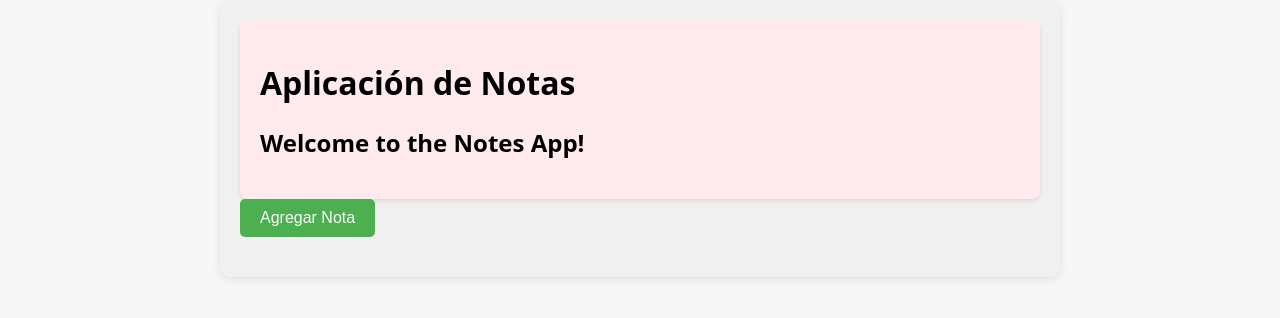
Repository: xunxuno/aplicacion_web_notas
Page: / (app in notas_web_app/)
An editor plug-in stored every save of this project. The page is shown before and after the next save, followed by the edit.
The browser window is 1280 px wide. The pictures show the whole page.
The project was rebuilt for these pictures with package versions that can differ from the ones it lists, and the page was loaded fresh each time. Also part of the build but not shown: notas_web_app/vite.config.ts, notas_web_app/src/components/Note.tsx, notas_web_app/src/components/NoteCollection.tsx, notas_web_app/src/components/NoteModal.tsx.

Above is the page before, as saved 2024-10-02 15:47:17.

### notas_web_app/src/main.tsx
import React from 'react';
import ReactDOM from 'react-dom/client'; // Cambiado a ReactDOM para el nuevo root API
import App from './App';
import { NotesProvider } from './contexts/NotesContext';
import './styles.css';

ReactDOM.createRoot(document.getElementById('root')!).render(
  <React.StrictMode>
    <NotesProvider>
      <App />
    </NotesProvider>
  </React.StrictMode>,
);

### notas_web_app/src/App.tsx
// src/App.tsx
import React, { useState, useContext, useEffect } from 'react';
import { NotesProvider, NotesContext } from './contexts/NotesContext';
import NoteCollection from './components/NoteCollection';
import NoteModal from './components/NoteModal';
import './styles.css';
import AppBar from './components/AppBar';

interface Note {
  id: string;
  title: string;
  content: string;
  collectionId: string;
}

interface NoteCollectionInterface {
  id: string;
  notes: Note[];
}

const App: React.FC = () => {
  const [isModalOpen, setModalOpen] = useState(false);
  const [activeCollectionId, setActiveCollectionId] = useState<string | null>(null);
  const { state, dispatch } = useContext(NotesContext);

  useEffect(() => {
    console.log("Actualización de colecciones:");
    state.collections.forEach((collection: NoteCollectionInterface) => {
      console.log(`Notas en la colección ${collection.id}:`);
      collection.notes.forEach((n: Note) => {
        console.log(`Nota ID: ${n.id}, Título: ${n.title}, Contenido: ${n.content}`);
      });
    });
  }, [state.collections]);

  const handleAddNote = (note: Omit<Note, 'id'>) => {
    const collectionIdToUse = state.nextCollectionId.toString();

    dispatch({
      type: 'ADD_NOTE',
      payload: { collectionId: collectionIdToUse, note },
    });

    setModalOpen(false);
  };



  const handleOpenModal = () => {
    if (state.collections.length === 0) {
      setActiveCollectionId(null);
    } else {
      // Asigna automáticamente el ID de la primera colección disponible
      setActiveCollectionId(state.collections[0].id);
    }
    setModalOpen(true);
  };


  return (
    <NotesProvider>
      <div className="app-container"> {/* Clase para el contenedor principal */}
        <AppBar />

        <button className="add-note-button" onClick={handleOpenModal}>Agregar Nota</button> {/* Clase para el botón */}

        <div className="collections-container"> {/* Clase para el contenedor de colecciones */}
          {state.collections.map((collection: NoteCollectionInterface) => (
            <NoteCollection
              key={collection.id}
              collection={collection}
              onNoteClick={(noteId) => {
                console.log("Nota ID:", noteId);
              }}
              onCollectionClick={() => setActiveCollectionId(collection.id)} // Establece correctamente el ID de la colección activa
              onNoteMove={(noteId, targetCollectionId) => {
                dispatch({ type: 'MOVE_NOTE', payload: { noteId, targetCollectionId } });
              }}
              onDelete={(noteId) => {
                dispatch({ type: 'DELETE_NOTE', payload: { noteId } });
              }}
            />
          ))}
        </div>

        {isModalOpen && (
          <NoteModal
            onClose={() => setModalOpen(false)}
            onAddNote={handleAddNote}
            activeCollectionId={activeCollectionId!}
          />
        )}
      </div>
    </NotesProvider>
  );
};

export default App;

### notas_web_app/src/contexts/NotesContext.tsx
import React, { createContext, useReducer, ReactNode } from 'react';

interface Note {
  id: string;
  title: string;
  content: string;
}


interface NoteCollectionInterface {
  id: string; // ID de la colección, generado de manera secuencial
  notes: Note[]; // Lista de notas en la colección
}

interface NotesState {
  collections: NoteCollectionInterface[];
  nextNoteId: number; // Para los IDs de las notas
  nextCollectionId: number; // Para los IDs de las colecciones
}



interface AddNoteAction {
  type: 'ADD_NOTE';
  payload: {
    collectionId: string;
    note: Note;
  };
}

interface DeleteNoteAction {
  type: 'DELETE_NOTE';
  payload: {
    collectionId: string;
    noteId: string;
  };
}

interface MoveNoteAction {
  type: 'MOVE_NOTE';
  payload: {
    noteId: string;
    targetCollectionId: string;
  };
}
type NotesAction = AddNoteAction | DeleteNoteAction | MoveNoteAction;

const initialState: NotesState = {
  collections: [],
  nextNoteId: 1, // Empieza desde 1 para el ID de notas
  nextCollectionId: 1, // Empieza desde 1 para el ID de colecciones
};



const NotesContext = createContext<any>(null);

// Reducer para manejar las acciones
const notesReducer = (state: NotesState, action: NotesAction): NotesState => {
  switch (action.type) {
    case 'ADD_NOTE':
      const newNoteId = state.nextNoteId; // ID de la nueva nota
      const collectionId = action.payload.collectionId || state.nextCollectionId.toString();

      // Verificar si la colección ya existe
      const collectionExists = state.collections.some(collection => collection.id === collectionId);

      const updatedCollections = collectionExists
        ? state.collections.map(collection => {
            if (collection.id === collectionId) {
              const newNote = {
                ...action.payload.note,
                id: newNoteId.toString(), // Asigna el nuevo ID a la nota
              };
              return {
                ...collection,
                notes: [...collection.notes, newNote],
              };
            }
            return collection;
          })
        : [
            ...state.collections,
            {
              id: state.nextCollectionId.toString(), // Crea una nueva colección con ID secuencial
              notes: [
                {
                  ...action.payload.note,
                  id: newNoteId.toString(), // Asigna el nuevo ID a la nota
                  collectionId: state.nextCollectionId.toString(), // Asigna el ID de colección a la nota
                },
              ],
            },
          ];

      return {
        ...state,
        collections: updatedCollections,
        nextNoteId: state.nextNoteId + 1, // Incrementa el ID de la nota
        nextCollectionId: state.nextCollectionId + 1, // Incrementa el ID de la colección para la próxima
      };
    case 'DELETE_NOTE':
      return {
        ...state,
        collections: state.collections.map(collection => ({
          ...collection,
          notes: collection.notes.filter(note => note.id !== action.payload.noteId),
        })),
      };
    case 'MOVE_NOTE':
      const { noteId, targetCollectionId } = action.payload;
      const sourceCollection = state.collections.find((collection) =>
        collection.notes.some((note) => note.id === noteId)
      );
      if (!sourceCollection) return state;

      const noteToMove = sourceCollection.notes.find((note) => note.id === noteId);
      if (!noteToMove) return state;

      return {
        ...state,
        collections: state.collections.map((collection) => {
          if (collection.id === sourceCollection.id) {
            return {
              ...collection,
              notes: collection.notes.filter((note) => note.id !== noteId),
            };
          } else if (collection.id === targetCollectionId) {
            return {
              ...collection,
              notes: [...collection.notes, noteToMove],
            };
          } else {
            return collection;
          }
        }),
      };
    default:
      return state;
  }
};


// Proveedor del contexto con soporte para 'children'
interface NotesProviderProps {
  children: ReactNode; // Definir el tipo de la prop 'children'
}

const NotesProvider: React.FC<NotesProviderProps> = ({ children }) => {
  const [state, dispatch] = useReducer(notesReducer, initialState);

  return (
    <NotesContext.Provider value={{ state, dispatch }}>
      {children}
    </NotesContext.Provider>
  );
};

export { NotesContext, NotesProvider, notesReducer };

### notas_web_app/src/styles.css
body {
    font-family: 'Noto Sans', sans-serif;
    background-color: #f7f7f7;
    margin: 0;
    padding: 0;
    color: #000;
  }


/* Estilo para el contenedor principal de la aplicación */
.app-container {
  max-width: 800px; /* Ancho máximo */
  margin: 0 auto; /* Centrar el contenedor */
  padding: 20px; /* Espaciado interno */
  background-color: #f0f0f0; /* Color de fondo claro */
  border-radius: 10px; /* Bordes redondeados */
  box-shadow: 0 2px 10px rgba(0, 0, 0, 0.1); /* Sombra sutil */
}

/* Estilo para el botón de agregar nota */
.add-note-button {
  background-color: #4CAF50; /* Color de fondo verde */
  color: white; /* Color del texto */
  padding: 10px 20px; /* Espaciado interno */
  border: none; /* Sin borde */
  border-radius: 5px; /* Bordes redondeados */
  cursor: pointer; /* Cambia el cursor al pasar sobre el botón */
  margin-bottom: 20px; /* Espacio debajo del botón */
  font-size: 16px; /* Tamaño de fuente */
  transition: background-color 0.3s; /* Transición para el color de fondo */
}

/* Efecto hover para el botón de agregar nota */
.add-note-button:hover {
  background-color: #45a049; /* Color de fondo más oscuro al pasar el mouse */
}

/* Estilo para el contenedor de colecciones */
.collections-container {
  display: flex; /* Usar flexbox para una mejor organización */
  flex-direction: column; /* Organizar en columnas */
}

### notas_web_app/src/components/AppBar.tsx
// AppBar.tsx
import React from 'react';

const AppBar: React.FC = () => {
  const appBarStyle = {
    backgroundColor: '#ffebee', // Color pastel
    borderRadius: '8px',
    margin: '0',
    padding: '20px',
    boxShadow: '0 2px 4px rgba(0, 0, 0, 0.1)', // Agregar sombra para mayor profundidad
  };

  return (
    <div style={appBarStyle}>
      <h1>Aplicación de Notas</h1>
      <h2>Welcome to the Notes App!</h2>
    </div>
  );
};

export default AppBar;

Loaded but not shown: notas_web_app/index.html (common file)

After the next save:
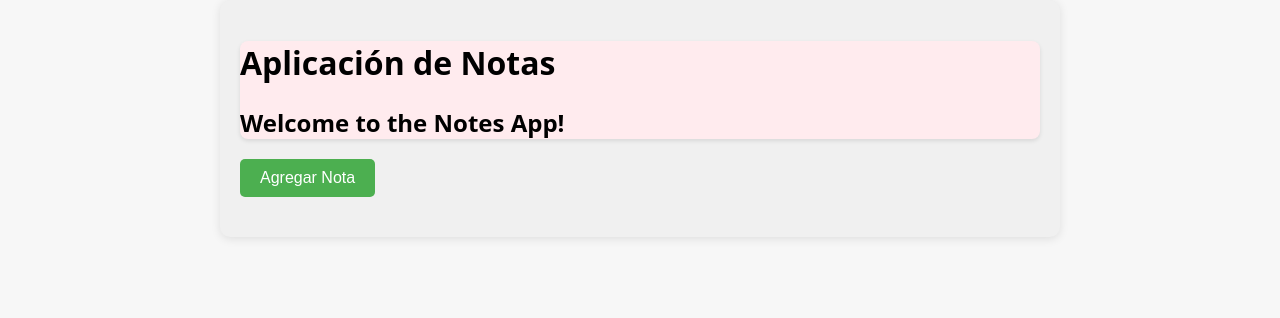
Saved 11 s later.
--- a/notas_web_app/src/components/AppBar.tsx
+++ b/notas_web_app/src/components/AppBar.tsx
@@ -6,7 +6,7 @@
     backgroundColor: '#ffebee', // Color pastel
     borderRadius: '8px',
     margin: '0',
-    padding: '20px',
+    padding: '0',
     boxShadow: '0 2px 4px rgba(0, 0, 0, 0.1)', // Agregar sombra para mayor profundidad
   };
 

After the save that followed:
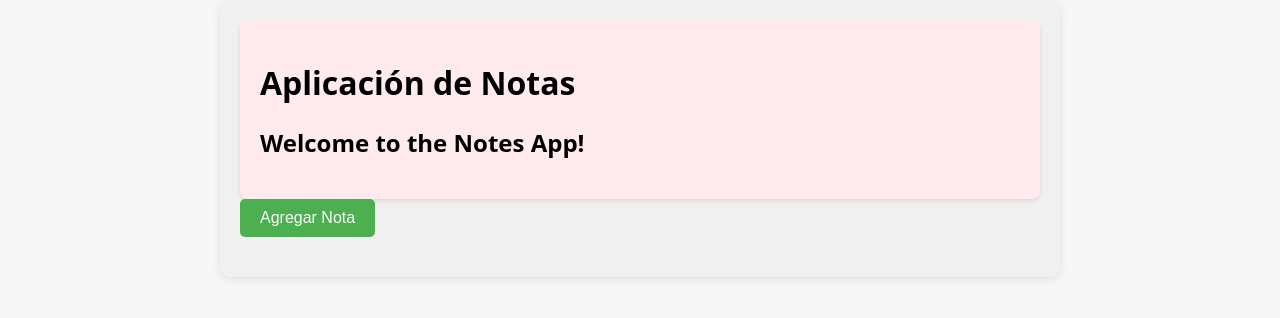
Saved 5 s later.
--- a/notas_web_app/src/components/AppBar.tsx
+++ b/notas_web_app/src/components/AppBar.tsx
@@ -6,7 +6,7 @@
     backgroundColor: '#ffebee', // Color pastel
     borderRadius: '8px',
     margin: '0',
-    padding: '0',
+    padding: '20px',
     boxShadow: '0 2px 4px rgba(0, 0, 0, 0.1)', // Agregar sombra para mayor profundidad
   };
 
